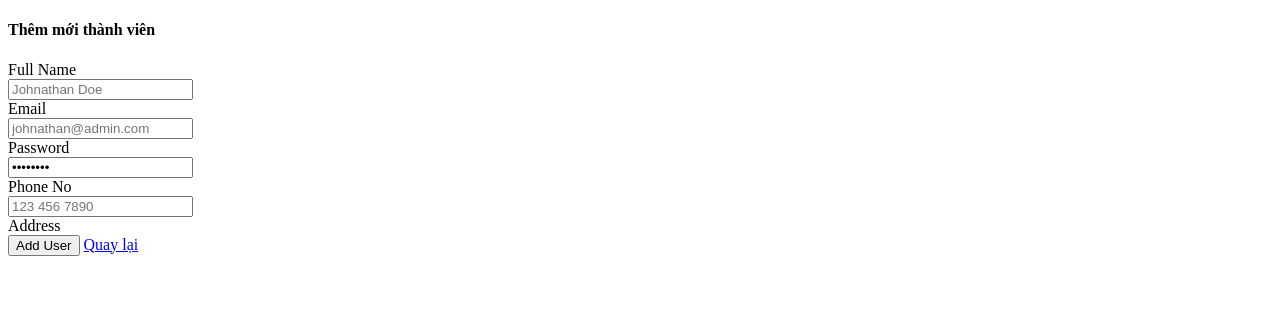
Repository: mindland/CrmApp
Page: http://localhost/CrmApp/WEB-INF/views/user/add.jsp
The author's editor kept a copy of each file at every save. The page is drawn from the files as they stood at one save, then again after the next save.
The browser window is 1280 px wide. The pictures show the whole page.
The page is served by Tomcat 9. Nobody is signed in. The template is opened directly, without the code that normally fills it, so the values that code supplies are empty.

Above is the page before, as saved 2020-09-12 11:47:31.

After the next save:
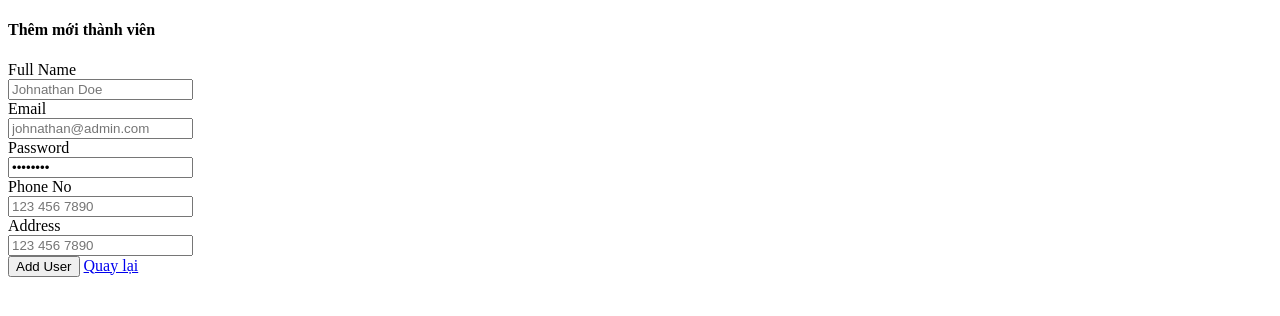
Saved 29 s later.
--- a/CrmApp/WebContent/WEB-INF/views/user/add.jsp
+++ b/CrmApp/WebContent/WEB-INF/views/user/add.jsp
@@ -51,7 +51,10 @@
 					</div>
 					<div class="form-group">
 						<label class="col-sm-12">Address</label>
-
+						<div class="col-md-12">
+							<input type="text" placeholder="123 456 7890"
+								class="form-control form-control-line" name="address">
+						</div>
 					</div>
 					<div class="form-group">
 						<div class="col-sm-12">
